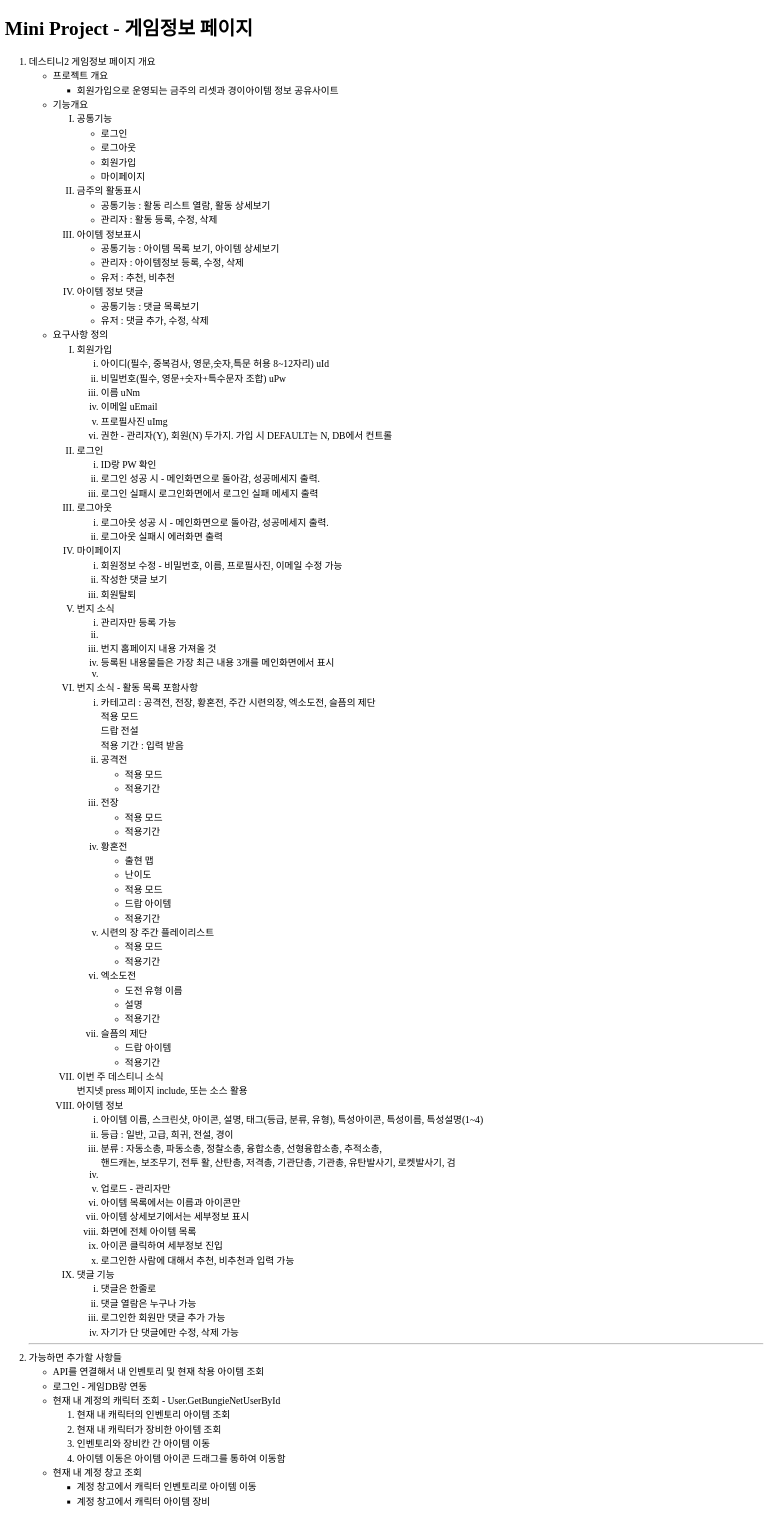
Repository: OrdnateValor/DegaTotal
Page: http://localhost/mini/
The author's editor kept a copy of each file at every save. The page is drawn from the files as they stood at one save, then again after a run of saves.
The browser window is 1280 px wide. The pictures show the whole page, at 60% of full size.
The page is served by Tomcat 9.

Above is the page before, as saved 2021-09-26 03:16:23.

After the next 2 saves:
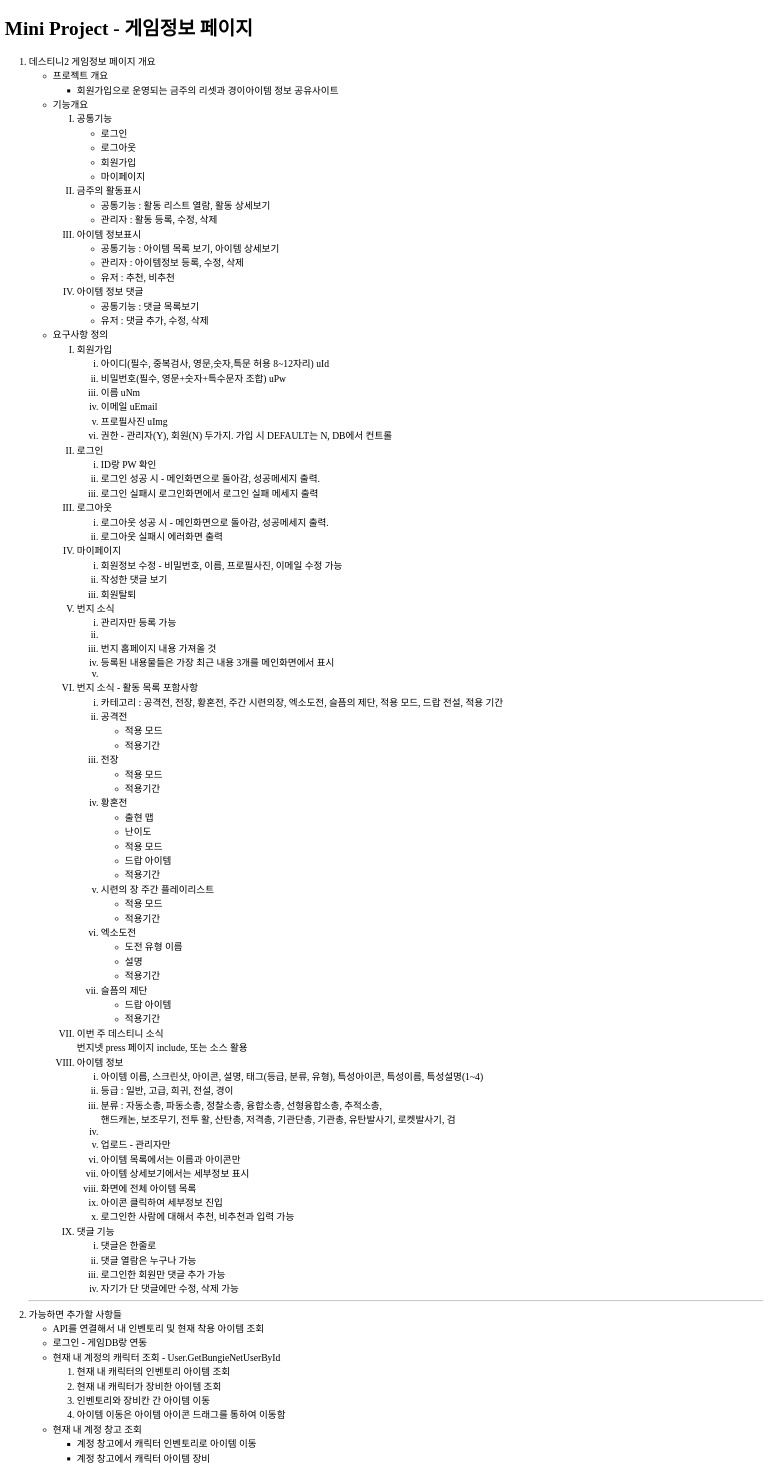
The 2 saves are shown as one change because they came seconds apart.
The last was saved 20 s later.
--- a/mini/src/main/webapp/index.jsp
+++ b/mini/src/main/webapp/index.jsp
@@ -93,8 +93,7 @@
 						</li>
 						<li>번지 소식 - 활동 목록 포함사항
 							<ol type="i">
-								<li>카테고리 : 공격전, 전장, 황혼전, 주간 시련의장, 엑소도전, 슬픔의 제단<br> 적용 모드
-								<br> 드랍 전설<br> 적용 기간 : 입력 받음<br>
+								<li>카테고리 : 공격전, 전장, 황혼전, 주간 시련의장, 엑소도전, 슬픔의 제단, 적용 모드, 드랍 전설, 적용 기간
 								</li>
 								<li>공격전
 									<ul type="circle">
